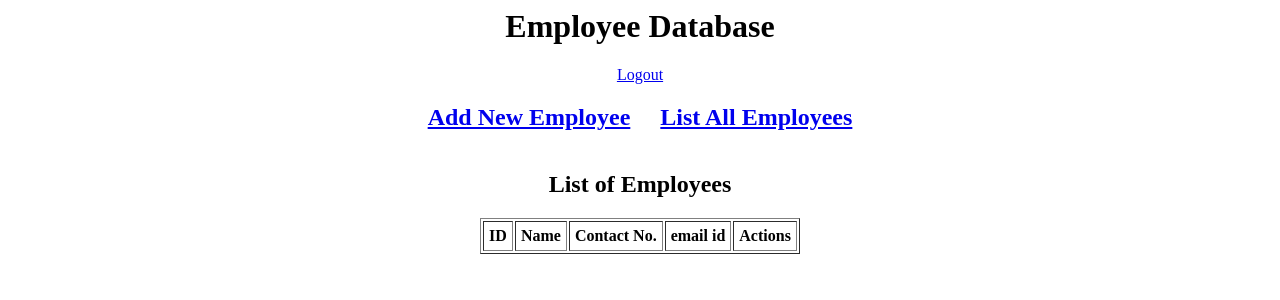
Repository: balu-sadanandan/demoProject
Page: http://localhost/emp_database/index.jsp
An editor plug-in stored every save of this project. The page is shown before and after the next save, followed by the edit.
The browser window is 1280 px wide. The pictures show the whole page.
The page is served by Tomcat 9. The template is opened directly, without the code that normally fills it, so the values that code supplies are empty.

Above is the page before, as saved 2017-09-06 11:03:40.

After the next save:
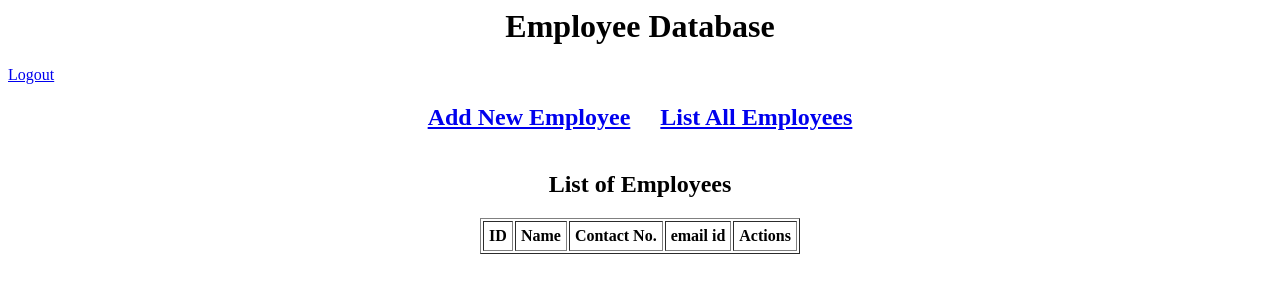
Saved 50 s later.
--- a/emp_database/WebContent/index.jsp
+++ b/emp_database/WebContent/index.jsp
@@ -9,7 +9,7 @@
     <center>
         <h1>Employee Database</h1>
     </center>
-    <div align="center">
+    <div align="left">
     <a href="logout">Logout</a>
 </div>
 
